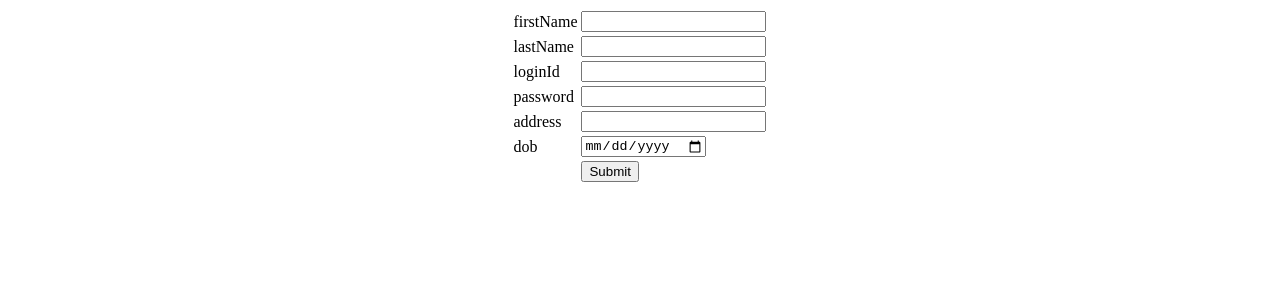
Repository: Jatdevta/AdvanceJava
Page: http://localhost/DynamicProject/UserRegistration.jsp
The author's editor kept a copy of each file at every save. The page is drawn from the files as they stood at one save, then again after the next save.
The browser window is 1280 px wide. The pictures show the whole page.
The page is served by Tomcat 9.

Above is the page before, as saved 2023-08-16 17:11:46.

After the next save:
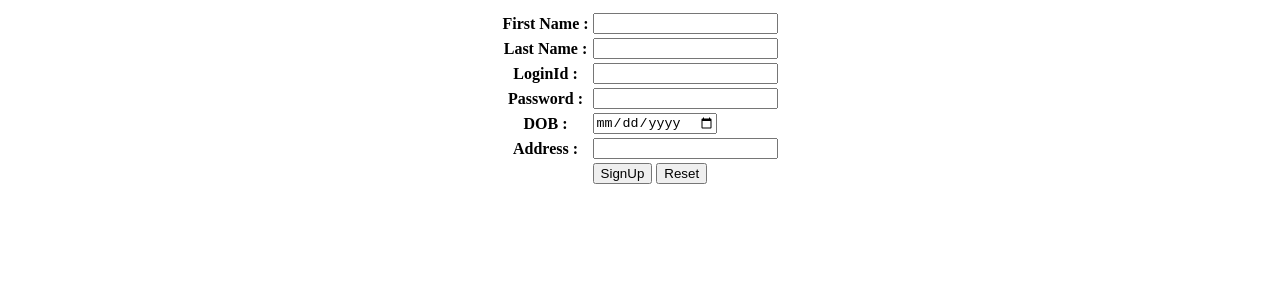
Saved 14 h 53 min later.
--- a/Advancejava/DynamicProject/WebContent/UserRegistration.jsp
+++ b/Advancejava/DynamicProject/WebContent/UserRegistration.jsp
@@ -8,41 +8,51 @@
 </head>
 <body>
 <center>
-	<form action="Welcome.jsp" method="post">
+<body>
+	<%
+		String msg = (String) request.getAttribute("msg");
+	%>
+	<form action="UserCtl" method="post">
 		<table>
 			<tr>
-              <td>firstName</td>
-              <td><input type= "text" name="firstName"></td>
+				<%
+					if (msg != null) {
+				%>
+				<%=msg%>
+				<%
+					}
+				%>
 			</tr>
 			<tr>
-              <td>lastName</td>
-              <td><input type= "text" name="lastName"></td>
+				<th>First Name :</th>
+				<td><input type="text" name="firstName"></td>
 			</tr>
 			<tr>
-              <td>loginId</td>
-              <td><input type = "text" name="loginId"></td>
-			</tr>
-
-			<tr>
-              <td>password</td>
-              <td><input type = "password" name="password"></td>
+				<th>Last Name :</th>
+				<td><input type="text" name="lastName"></td>
 			</tr>
 			<tr>
-              <td>address</td>
-              <td><input type= "text" name="address"></td>
+				<th>LoginId :</th>
+				<td><input type="text" name="loginId"></td>
 			</tr>
 			<tr>
-              <td>dob</td>
-              <td><input type="date" name="dob"></td>
+				<th>Password :</th>
+				<td><input type="password" name="password"></td>
 			</tr>
-
 			<tr>
-			<th></th>
-			<td><input type = "submit" values = "singnup"></td>
+				<th>DOB :</th>
+				<td><input type="date" name="dob"></td>
 			</tr>
-			</table>
+			<tr>
+				<th>Address :</th>
+				<td><input type="text" name="address"></td>
+			</tr>
+			<tr>
+				<th></th>
+				<td><input type="submit" name="operation" value="SignUp">
+					<input type="submit" name="operation" value="Reset"></td>
+			</tr>
+		</table>
 	</form>
-
-
 </body>
 </html>
